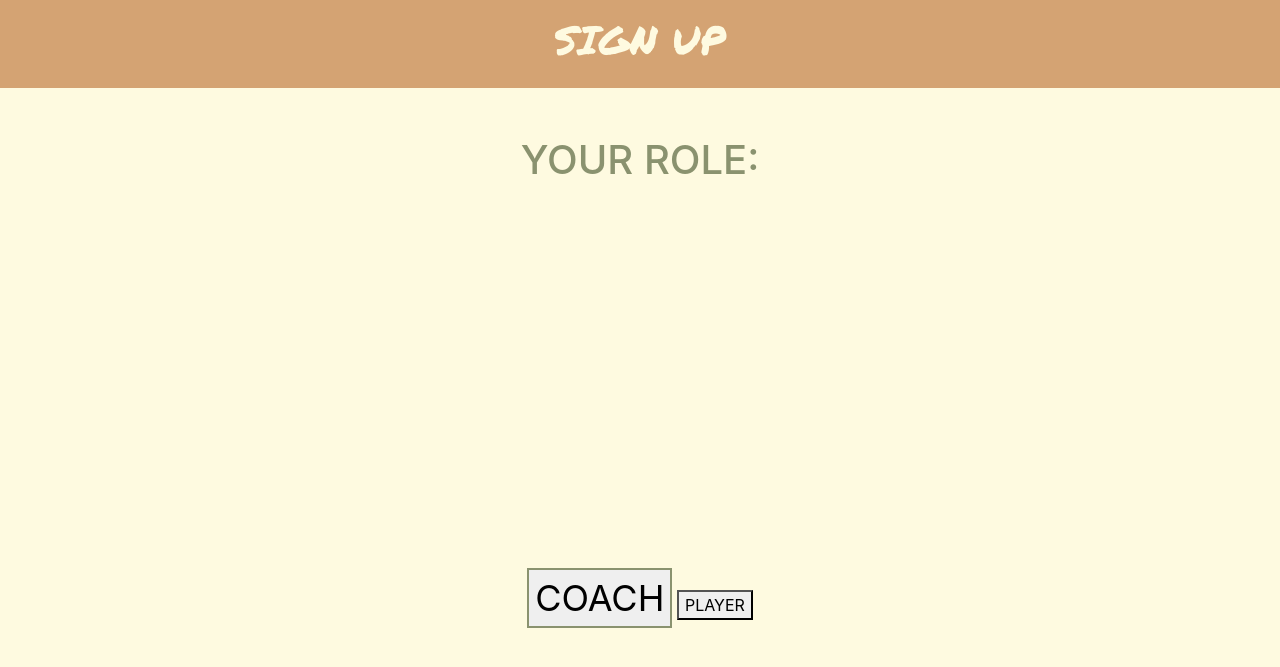
Repository: Aryaholmukhe/treasureHacks
Page: http://localhost/signup
An editor plug-in stored every save of this project. The page is shown before and after the next save, followed by the edit.
The browser window is 1280 px wide. The pictures show the whole page.
The page is served by the project's Node server (server.js).

Above is the page before, as saved 2022-03-27 00:28:39.

### views/signup/signup.ejs
<html lang="en">
<head>
    <meta charset="UTF-8">
    <meta http-equiv="X-UA-Compatible" content="IE=edge">
    <meta name="viewport" content="width=device-width, initial-scale=1.0">
    <link rel="stylesheet" href="https://cdn.jsdelivr.net/npm/bootstrap@4.6.1/dist/css/bootstrap.min.css">
    <script src="https://cdn.jsdelivr.net/npm/jquery@3.6.0/dist/jquery.slim.min.js"></script>
    <script src="https://cdn.jsdelivr.net/npm/popper.js@1.16.1/dist/umd/popper.min.js"></script>
    <script src="https://cdn.jsdelivr.net/npm/bootstrap@4.6.1/dist/js/bootstrap.bundle.min.js"></script>
    <link rel="preconnect" href="https://fonts.googleapis.com">
    <link rel="preconnect" href="https://fonts.gstatic.com" crossorigin>
    <link href="https://fonts.googleapis.com/css2?family=Permanent+Marker&display=swap" rel="stylesheet">
    <title>SIGN UP</title>
</head>
<body style="background-color: #FEFAE0">
    <div class="pt-3 pb-3" style="background-color: #D4A373; font-family: 'Permanent Marker', cursive; color: #FEFAE0">
        <h1 class="text-center">SIGN UP</h1>
    </div>

    <h1 class="text-center mt-5" style="color: #8A926F">YOUR ROLE:</h1>

    <div class="text-center" style="margin-top: 30%">
    <a href="./coach" ><button style="font-size: 36px; border: 2px solid #8A926F" name="coach">COACH</button></a>
    <a  href="./player"><button name="player">PLAYER</button></a>
    </div>

</body>
</html>

### server.js
//jshint esversion:6

const express = require("express");
const bodyParser = require("body-parser");
const mongoose = require("mongoose");
const _ = require("lodash");
const { join } = require("path");
require("dotenv").config();
const app = express();

// TWILIO STUFF

const accountSID = process.env.ACCOUNT_SID;
const authToken = process.env.AUTH_TOKEN;

const client = require('twilio')(accountSID, authToken);


app.set('view engine', 'ejs');

app.use(bodyParser.urlencoded({ extended: true }));
app.use(express.static("public"));

app.get("/auth_config.json", (req, res) => {
    res.sendFile(join(__dirname, "/auth_config.json"));
})

// for each team member
mongoose.connect("mongodb://localhost:27017/teamMembersDB", { useNewUrlParser: true });

const membersSchema = new mongoose.Schema({
    name: String,
    role: String,
    age: Number,
    email: String,
    phone: String,
    progress: []
});

let members = [];
let progressArr = []

const Member = mongoose.model("Member", membersSchema);

// to identify teams
const teamSchema = new mongoose.Schema({
    coachName: String,
    team: [{ name: String }, { sport: String }]
})

const progressSchema = new mongoose.Schema({
    progress: []
})
const Team = mongoose.model("Team", teamSchema);
const Progress = mongoose.model("Progress", progressSchema)
// When no members are present
const noMember = new Member({
    name: "No members yet"
})
const noProgress = new Progress({
    progress: ["No progress yet, add some"]
})


// get requests

app.get("/signup", (req, res) => {
    res.render("signup/signup")
})
let person = "";
app.get("/coach", (req, res) => {
    person = "Coach"
    res.render("signup/coach");
})

app.get("/player", (req, res) => {
    person = "Team Member"
    res.render("signup/player")
})

app.get("/", (req, res) => {
    Member.find({}, function (err, foundMembers) {

        if (foundMembers.length === 0) {
            members.push(noMember)
            Member.insertMany(members, function (err) {
                if (err) {
                    console.log(err);
                } else {
                    console.log("Successfully saved members to DB.");
                }
            });
            // res.redirect("/");
        } else {
            Member.deleteOne({ "name": "No members yet" }, (err, person) => {
                if (err) return handleError(err);
            })
            res.render('index', { allMembers: foundMembers, person: person })
        }
    });
})

app.get("/:personName", function (req, res) {
    const personName = _.capitalize(req.params.personName);

    Member.findById(personName, (err, per) => {
        if (!err) {
              console.log(per)
            res.render('account', { personInfo: per});
        } else {
            console.log(err)
        }
    })
});


// post requests


app.post("/", (req, res) => {

    const playerName = req.body.newPlayer;
    const role = req.body.newRole;
    const age = req.body.age;
    const phoneNumber = req.body.phoneNumber;
    const player = new Member({
        name: playerName,
        role: role,
        age: age,
        phone: phoneNumber
    })
    player.save();
    res.redirect("/")
})

app.post("/delete", function (req, res) {
    const checkedItemId = req.body.checkbox;

    Member.findByIdAndRemove(checkedItemId, function (err) {
        if (!err) {
            console.log("Successfully deleted checked item.");
            res.redirect("/");
        } else {
            console.log(err)
        }
    });


});

app.post("/coach", (req, res) => {
    const coachName = req.body.coachName;
    const teamName = req.body.teamName;
    const sportType = req.body.sportType;
    teams = new Team({
        coachName: coachName,
        team: [{ name: teamName, sport: sportType }]
    })
    res.redirect("/")
})

app.post("/player", (req, res)=>{
    const playerName = req.body.newPlayer;
    const role = req.body.newRole;
    const age = req.body.age;
    const phoneNumber = req.body.phoneNumber;
    const player = new Member({
        name: playerName,
        role: role,
        age: age,
        phone: phoneNumber
    })
    player.save();
    res.redirect("/")
})

app.post("/announcements", (req, res) => {
    const message = req.body.message;
    members.forEach(member => {
        if (member.phone) {
            client.message.create({
                to: member.phone,
                from: process.env.TWILIO_PHONE_NUMBER, //is this going to be dynamic?
                body: message
            }).then((message) => {
                console.log(message.sid)
            });
            res.redirect("/")
        } else {
            res.redirect("/")
        }
    })

})


app.listen(3000, function () {
    console.log("Server started on port 3000");
});

After the next save:
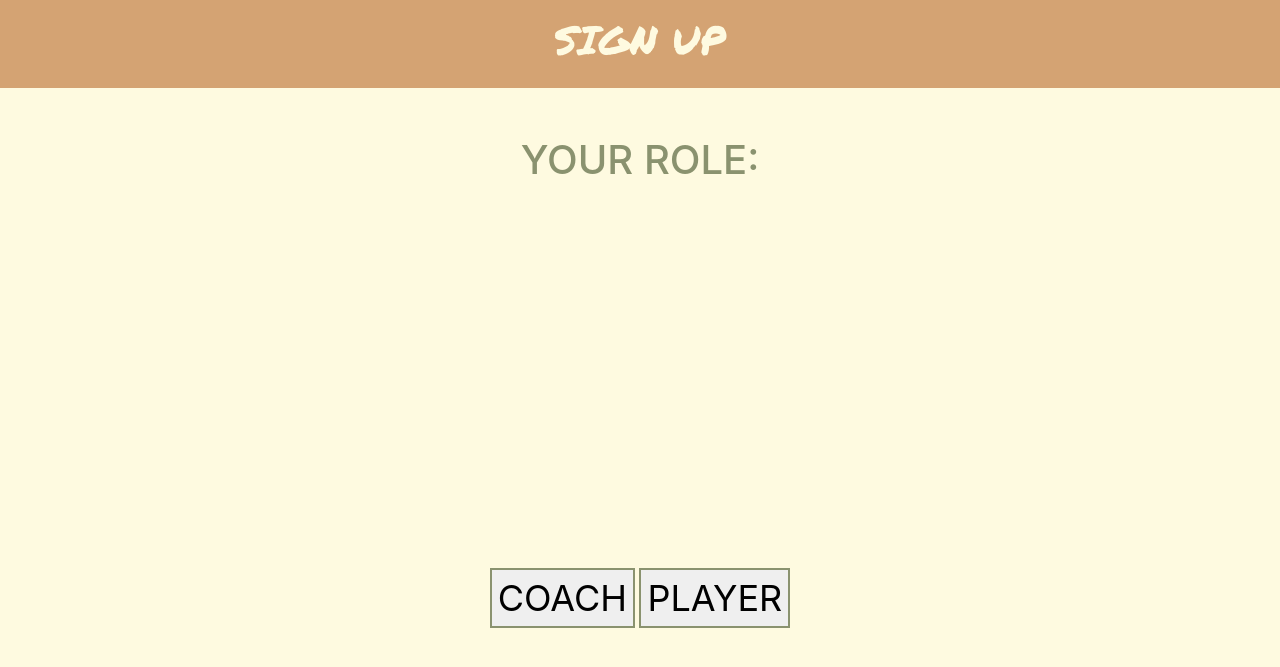
Saved 17 s later.
--- a/views/signup/signup.ejs
+++ b/views/signup/signup.ejs
@@ -21,7 +21,7 @@
 
     <div class="text-center" style="margin-top: 30%">
     <a href="./coach" ><button style="font-size: 36px; border: 2px solid #8A926F" name="coach">COACH</button></a>
-    <a  href="./player"><button name="player">PLAYER</button></a>
+    <a  href="./player"><button style="font-size: 36px; border: 2px solid #8A926F" name="player">PLAYER</button></a>
     </div>
 
 </body>
